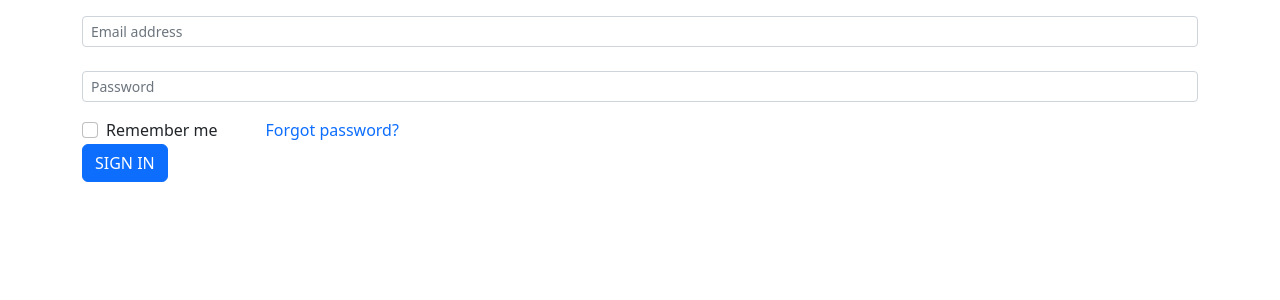
Repository: NPhanA/React2022
Page: / (app in Day 03-React/exercise/)
The author's editor kept a copy of each file at every save. The page is drawn from the files as they stood at one save, then again after the next save.
The browser window is 1280 px wide. The pictures show the whole page.
The project was rebuilt for these pictures with package versions that can differ from the ones it lists, and the page was loaded fresh each time. Also part of the build but not shown: Day 03-React/exercise/src/App.css, Day 03-React/exercise/src/App.js, Day 03-React/exercise/src/Components/UserAgent.js, Day 03-React/exercise/src/Components/ProfileCard.js.

Above is the page before, as saved 2022-07-26 22:16:30.

### Day 03-React/exercise/src/index.js
import React from 'react';
import ReactDOM from 'react-dom/client';
import './index.css';
import App from './App';
import reportWebVitals from './reportWebVitals';
import 'bootstrap/dist/css/bootstrap.min.css';
import {createRoot} from 'react-dom/client';
import UserAgent from './Components/UserAgent';
import App1 from './Components/ProfileCard';
import ProfileCard from './Components/ProfileCard';
import SignInForm from './Components/SignInForm';
const container = document.getElementById('root');
const root = createRoot(container);
root.render(<SignInForm />);

### Day 03-React/exercise/src/Components/SignInForm.js
function SignInForm() {
    return (
        <div className="container ">
            <div className="row justify-content-center ">
                <form className="form-inline">
                    <div className="col-xs-12 col-xxl-3">
                        <input type="email" className="form-control form-control-sm mt-3 mb-4" placeholder="Email address" required></input>
                        <input type="password" className="form-control form-control-sm" placeholder="Password" required></input>
                    </div>
                    <div class="form-check mt-3 ">
                        <input className="form-check-input" type="checkbox" value="" id="flexCheckDefault"></input>
                        <label class="form-check-label" for="flexCheckDefault">
                            Remember me
                        </label>
                        <span className="text-primary ms-5">Forgot password?</span>
                    </div>
                    <button className="btn btn-primary ">SIGN IN</button>
                </form>
            </div>
        </div>
    );
}

export default SignInForm;

Loaded but not shown: Day 03-React/exercise/public/index.html (common file); Day 03-React/exercise/src/index.css (common file); Day 03-React/exercise/src/reportWebVitals.js (common file)

After the next save:
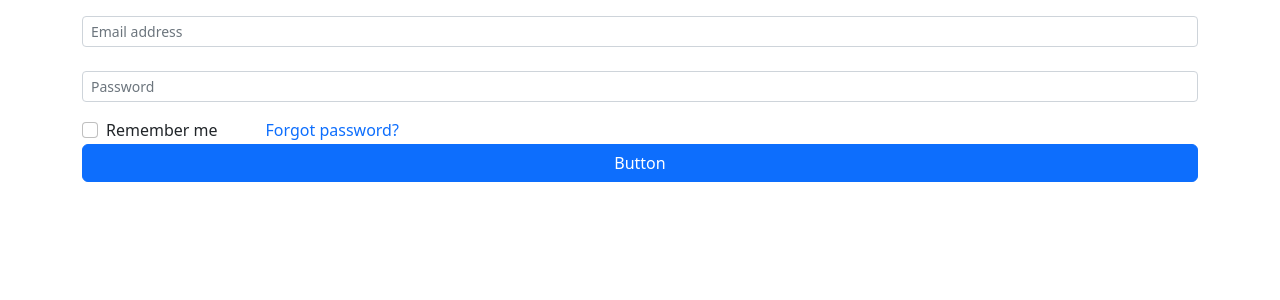
Saved 54 s later.
--- a/Day 03-React/exercise/src/Components/SignInForm.js
+++ b/Day 03-React/exercise/src/Components/SignInForm.js
@@ -14,7 +14,9 @@ function SignInForm() {
                         </label>
                         <span className="text-primary ms-5">Forgot password?</span>
                     </div>
-                    <button className="btn btn-primary ">SIGN IN</button>
+                    <div class="d-grid gap-2">
+                        <button class="btn btn-primary" type="button">Button</button>
+                    </div>
                 </form>
             </div>
         </div>
